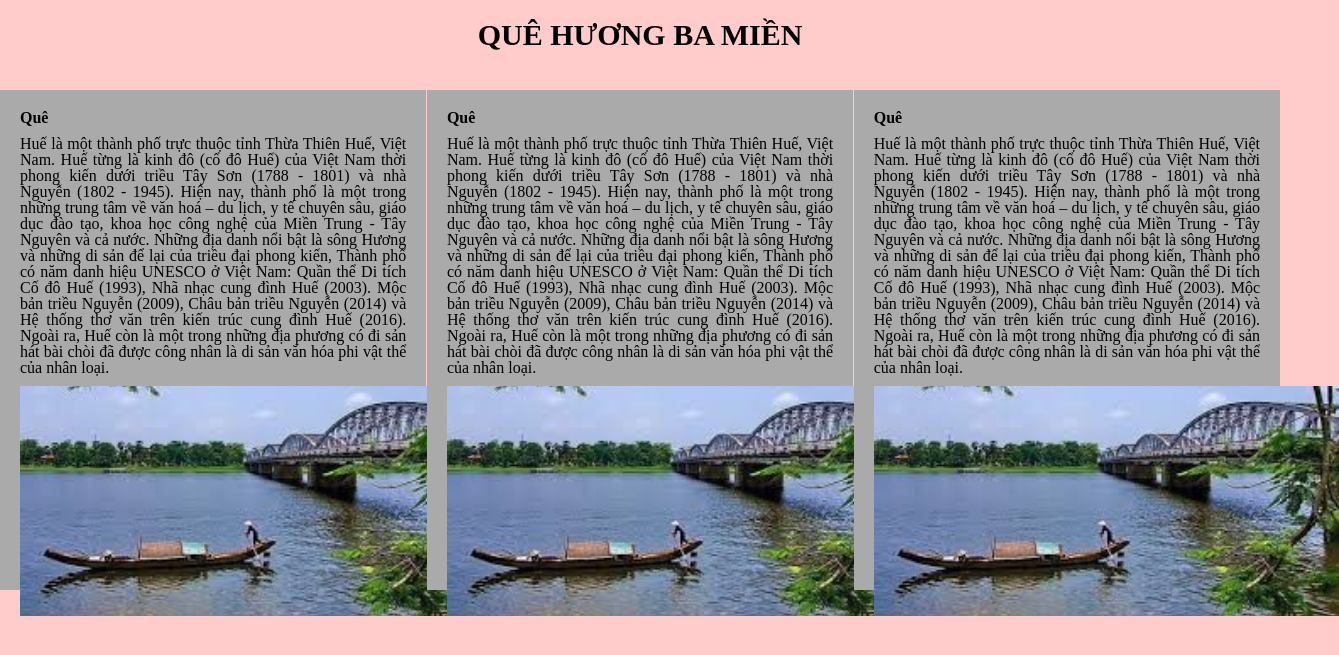
Repository: Tan-Khang21/TH_TKW--Buoi_06
Page: Bai_Tap_Tren_lop/Bai_02/LayoutCSS2.html
An editor plug-in stored every save of this project. The page is shown before and after the next save, followed by the edit.
The browser window is 1280 px wide. The page is 1339 px wide, so the pictures cover 1339 px, including what lies to the right of the window. The pictures show the whole page.

Above is the page before, as saved 2024-03-11 20:30:54.

### Bai_Tap_Tren_lop/Bai_02/LayoutCSS2.html
<!DOCTYPE html>
<html lang="en">
  <head>
    <meta charset="UTF-8" />
    <meta name="viewport" content="width=device-width, initial-scale=1.0" />
    <title>Document</title>
    <link rel="stylesheet" href="style.css" />
    <link rel="stylesheet" href="reset.css" />
  </head>
  <body>
    <h2 class="title">QUÊ HƯƠNG BA MIỀN</h2>
    <div class="container">
      <div class="item">
        <h5 style="font-weight: bold; margin-bottom: 10px">Quê</h5>
        <p style="margin-bottom: 10px">
          Huế là một thành phố trực thuộc tỉnh Thừa Thiên Huế, Việt Nam. Huế
          từng là kinh đô (cổ đô Huế) của Việt Nam thời phong kiến dưới triều
          Tây Sơn (1788 - 1801) và nhà Nguyễn (1802 - 1945). Hiện nay, thành phố
          là một trong những trung tâm về văn hoá – du lịch, y tế chuyên sâu,
          giáo dục đào tạo, khoa học công nghệ của Miền Trung - Tây Nguyên và cả
          nước. Những địa danh nổi bật là sông Hương và những di sản để lại của
          triều đại phong kiến, Thành phố có năm danh hiệu UNESCO ở Việt Nam:
          Quần thể Di tích Cố đô Huế (1993), Nhã nhạc cung đình Huế (2003). Mộc
          bản triều Nguyễn (2009), Châu bản triều Nguyễn (2014) và Hệ thống thơ
          văn trên kiến trúc cung đình Huế (2016). Ngoài ra, Huế còn là một
          trong những địa phương có đi sản hát bài chòi đã được công nhân là di
          sản văn hóa phi vật thể của nhân loại.
        </p>
        <div class="images">
          <img src="images/images1.jpg" alt="" />
        </div>
      </div>
      <div class="item">
        <h5 style="font-weight: bold; margin-bottom: 10px">Quê</h5>
        <p style="margin-bottom: 10px">
          Huế là một thành phố trực thuộc tỉnh Thừa Thiên Huế, Việt Nam. Huế
          từng là kinh đô (cổ đô Huế) của Việt Nam thời phong kiến dưới triều
          Tây Sơn (1788 - 1801) và nhà Nguyễn (1802 - 1945). Hiện nay, thành phố
          là một trong những trung tâm về văn hoá – du lịch, y tế chuyên sâu,
          giáo dục đào tạo, khoa học công nghệ của Miền Trung - Tây Nguyên và cả
          nước. Những địa danh nổi bật là sông Hương và những di sản để lại của
          triều đại phong kiến, Thành phố có năm danh hiệu UNESCO ở Việt Nam:
          Quần thể Di tích Cố đô Huế (1993), Nhã nhạc cung đình Huế (2003). Mộc
          bản triều Nguyễn (2009), Châu bản triều Nguyễn (2014) và Hệ thống thơ
          văn trên kiến trúc cung đình Huế (2016). Ngoài ra, Huế còn là một
          trong những địa phương có đi sản hát bài chòi đã được công nhân là di
          sản văn hóa phi vật thể của nhân loại.
        </p>
        <div class="images">
          <img src="images/images1.jpg" alt="" />
        </div>
      </div>
      <div class="item">
        <h5 style="font-weight: bold; margin-bottom: 10px">Quê</h5>
        <p style="margin-bottom: 10px">
          Huế là một thành phố trực thuộc tỉnh Thừa Thiên Huế, Việt Nam. Huế
          từng là kinh đô (cổ đô Huế) của Việt Nam thời phong kiến dưới triều
          Tây Sơn (1788 - 1801) và nhà Nguyễn (1802 - 1945). Hiện nay, thành phố
          là một trong những trung tâm về văn hoá – du lịch, y tế chuyên sâu,
          giáo dục đào tạo, khoa học công nghệ của Miền Trung - Tây Nguyên và cả
          nước. Những địa danh nổi bật là sông Hương và những di sản để lại của
          triều đại phong kiến, Thành phố có năm danh hiệu UNESCO ở Việt Nam:
          Quần thể Di tích Cố đô Huế (1993), Nhã nhạc cung đình Huế (2003). Mộc
          bản triều Nguyễn (2009), Châu bản triều Nguyễn (2014) và Hệ thống thơ
          văn trên kiến trúc cung đình Huế (2016). Ngoài ra, Huế còn là một
          trong những địa phương có đi sản hát bài chòi đã được công nhân là di
          sản văn hóa phi vật thể của nhân loại.
        </p>
        <div class="images">
          <img src="images/images1.jpg" alt="" />
        </div>
      </div>
    </div>
  </body>
</html>

### Bai_Tap_Tren_lop/Bai_02/style.css
* {
  box-sizing: border-box;
}
body {
  width: 100%;
  background-color: #ffcccb;
}
.title {
  text-align: center;
  font-size: 30px;
  margin: 20px;
  margin-bottom: 40px;
  font-weight: bold;
}
.item {
  width: 33.3%;
  height: 500px;
  padding: 20px;
  background-color: #aaaaaa;
  text-align: justify;
  /* box-shadow: 4px 0px 2px black; */
}
.images {
  width: 465px;
  height: 230px;
}
.images img {
  width: 100%;
  height: 100%;
  object-fit: cover;
}
.container {
  display: flex;
  align-items: center;
  justify-content: space-between;
}

Loaded but not shown: Bai_Tap_Tren_lop/Bai_02/reset.css (common file)

After the next save:
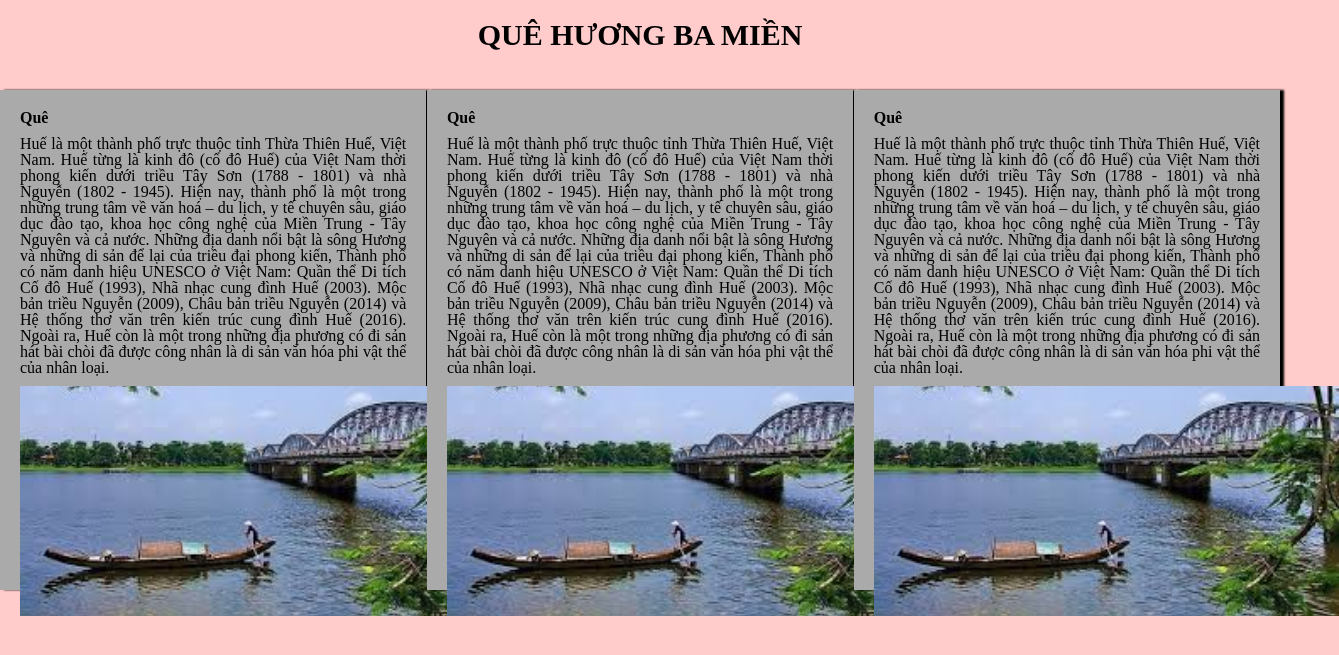
Saved 10 s later.
--- a/Bai_Tap_Tren_lop/Bai_02/style.css
+++ b/Bai_Tap_Tren_lop/Bai_02/style.css
@@ -18,7 +18,7 @@ body {
   padding: 20px;
   background-color: #aaaaaa;
   text-align: justify;
-  /* box-shadow: 4px 0px 2px black; */
+  box-shadow: 4px 0px 2px black;
 }
 .images {
   width: 465px;
